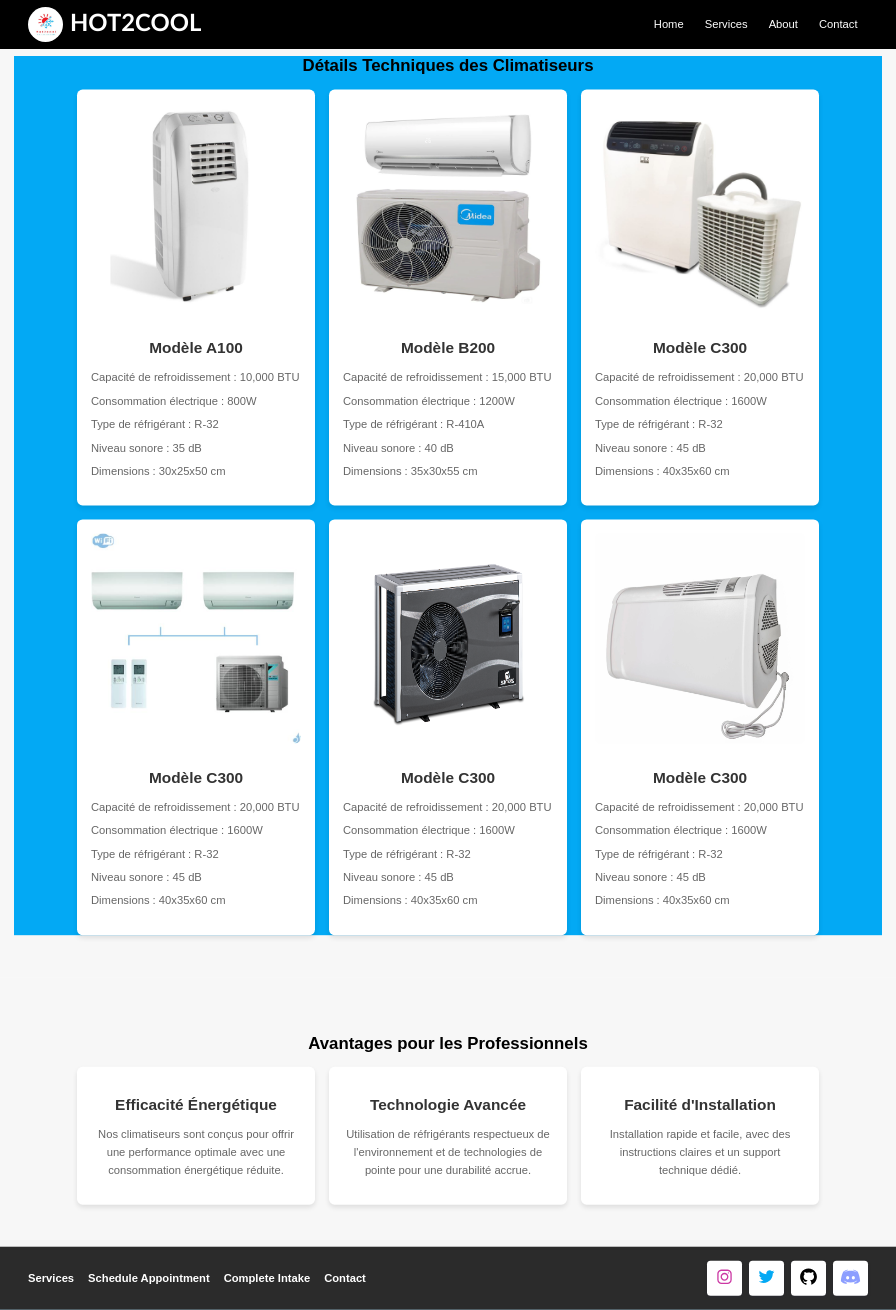
Repository: kadel237/hot2cool
Page: tech.html
The author's editor kept a copy of each file at every save. The page is drawn from the files as they stood at one save, then again after the next save.
The browser window is 1280 px wide. The pictures show the whole page, at 70% of full size.

Above is the page before, as saved 2024-07-04 00:28:05.

### tech.html
<!DOCTYPE html>
<html lang="fr">
  <head>
    <meta charset="UTF-8" />
    <meta name="viewport" content="width=device-width, initial-scale=1.0" />
    <title>Hot2Cool - Détails Techniques</title>
    <link rel="stylesheet" href="tech.css" />
  </head>
  <body>
    <header>
      <div class="container">
        <h1><img src="./logo.jpg" alt="Logo" class="logo" />HOT2COOL</h1>
        <nav>
          <ul>
            <li><a href="./index.html">Home</a></li>
            <li class="dropdown">
              <a href="#services">Services</a>
              <ul class="dropdown-content">
                <li class="dropdown-submenu">
                  <a href="#particuliers">Pour les particuliers</a>
                  <ul class="dropdown-submenu-content">
                    <li><a href="./ofDuMo.html">Offres du moment</a></li>
                    <li><a href="#products">Nos services sur mesure</a></li>
                  </ul>
                </li>
                <li class="dropdown-submenu">
                  <a href="#entreprises">Pour les entreprises</a>
                  <ul class="dropdown-submenu-content">
                    <li>
                      <a href="./tech.html#advantages"
                        >Ameliorez le confort de votre entreprise</a
                      >
                    </li>
                    <li>
                      <a href="./tech.html"
                        >pour les plus tech du monde de la fraicheur</a
                      >
                    </li>
                  </ul>
                </li>
              </ul>
            </li>
            <li><a href="#about-us">About</a></li>
            <li><a href="#contact">Contact</a></li>
          </ul>
        </nav>
      </div>
    </header>

    <main>
      <section class="technical-details">
        <div class="container">
          <h2>Détails Techniques des Climatiseurs</h2>
          <div class="technical-grid">
            <div class="technical-card">
              <img src="./mono-bloc.jpg" alt="Modèle A100" />
              <h3>Modèle A100</h3>
              <ul>
                <li>Capacité de refroidissement : 10,000 BTU</li>
                <li>Consommation électrique : 800W</li>
                <li>Type de réfrigérant : R-32</li>
                <li>Niveau sonore : 35 dB</li>
                <li>Dimensions : 30x25x50 cm</li>
              </ul>
            </div>
            <div class="technical-card">
              <img src="./split-fixe.webp" alt="Modèle A100" />
              <h3>Modèle B200</h3>
              <ul>
                <li>Capacité de refroidissement : 15,000 BTU</li>
                <li>Consommation électrique : 1200W</li>
                <li>Type de réfrigérant : R-410A</li>
                <li>Niveau sonore : 40 dB</li>
                <li>Dimensions : 35x30x55 cm</li>
              </ul>
            </div>
            <div class="technical-card">
              <img src="./split-mobile.jpg" alt="Modèle A100" />
              <h3>Modèle C300</h3>
              <ul>
                <li>Capacité de refroidissement : 20,000 BTU</li>
                <li>Consommation électrique : 1600W</li>
                <li>Type de réfrigérant : R-32</li>
                <li>Niveau sonore : 45 dB</li>
                <li>Dimensions : 40x35x60 cm</li>
              </ul>
            </div>
            <div class="technical-card">
              <img src="./bi-split.jpg" alt="Modèle A100" />
              <h3>Modèle C300</h3>
              <ul>
                <li>Capacité de refroidissement : 20,000 BTU</li>
                <li>Consommation électrique : 1600W</li>
                <li>Type de réfrigérant : R-32</li>
                <li>Niveau sonore : 45 dB</li>
                <li>Dimensions : 40x35x60 cm</li>
              </ul>
            </div>
            <div class="technical-card">
              <img src="./pompe à chaleur.png" alt="Modèle A100" />
              <h3>Modèle C300</h3>
              <ul>
                <li>Capacité de refroidissement : 20,000 BTU</li>
                <li>Consommation électrique : 1600W</li>
                <li>Type de réfrigérant : R-32</li>
                <li>Niveau sonore : 45 dB</li>
                <li>Dimensions : 40x35x60 cm</li>
              </ul>
            </div>
            <div class="technical-card">
              <img src="./monobloc-revertisseur.webp" alt="Modèle A100" />
              <h3>Modèle C300</h3>
              <ul>
                <li>Capacité de refroidissement : 20,000 BTU</li>
                <li>Consommation électrique : 1600W</li>
                <li>Type de réfrigérant : R-32</li>
                <li>Niveau sonore : 45 dB</li>
                <li>Dimensions : 40x35x60 cm</li>
              </ul>
            </div>
          </div>
        </div>
      </section>

      <section class="advantages" id="advantages">
        <div class="container">
          <h2>Avantages pour les Professionnels</h2>
          <div class="advantages-grid">
            <div class="advantage-card">
              <h3>Efficacité Énergétique</h3>
              <p>
                Nos climatiseurs sont conçus pour offrir une performance
                optimale avec une consommation énergétique réduite.
              </p>
            </div>
            <div class="advantage-card">
              <h3>Technologie Avancée</h3>
              <p>
                Utilisation de réfrigérants respectueux de l'environnement et de
                technologies de pointe pour une durabilité accrue.
              </p>
            </div>
            <div class="advantage-card">
              <h3>Facilité d'Installation</h3>
              <p>
                Installation rapide et facile, avec des instructions claires et
                un support technique dédié.
              </p>
            </div>
          </div>
        </div>
      </section>
    </main>

    <footer>
      <div class="container">
        <div class="footer-content">
          <div class="footer-nav">
            <ul>
              <li><a href="#services">Services</a></li>
              <li><a href="#schedule">Schedule Appointment</a></li>
              <li><a href="#intake">Complete Intake</a></li>
              <li><a href="#contact">Contact</a></li>
            </ul>
          </div>
          <div class="social-icons">
            <button class="card1">
              <svg
                class="instagram"
                fill-rule="nonzero"
                height="30px"
                width="30px"
                viewBox="0,0,256,256"
                xmlns="http://www.w3.org/2000/svg"
              >
                <g
                  style="mix-blend-mode: normal"
                  text-anchor="none"
                  font-size="none"
                  font-weight="none"
                  font-family="none"
                  stroke-dashoffset="0"
                  stroke-dasharray=""
                  stroke-miterlimit="10"
                  stroke-linejoin="miter"
                  stroke-linecap="butt"
                  stroke-width="1"
                  stroke="none"
                  fill-rule="nonzero"
                >
                  <g transform="scale(8,8)">
                    <path
                      d="M11.46875,5c-3.55078,0 -6.46875,2.91406 -6.46875,6.46875v9.0625c0,3.55078 2.91406,6.46875 6.46875,6.46875h9.0625c3.55078,0 6.46875,-2.91406 6.46875,-6.46875v-9.0625c0,-3.55078 -2.91406,-6.46875 -6.46875,-6.46875zM11.46875,7h9.0625c2.47266,0 4.46875,1.99609 4.46875,4.46875v9.0625c0,2.47266 -1.99609,4.46875 -4.46875,4.46875h-9.0625c-2.47266,0 -4.46875,-1.99609 -4.46875,-4.46875v-9.0625c0,-2.47266 1.99609,-4.46875 4.46875,-4.46875zM21.90625,9.1875c-0.50391,0 -0.90625,0.40234 -0.90625,0.90625c0,0.50391 0.40234,0.90625 0.90625,0.90625c0.50391,0 0.90625,-0.40234 0.90625,-0.90625c0,-0.50391 -0.40234,-0.90625 -0.90625,-0.90625zM16,10c-3.30078,0 -6,2.69922 -6,6c0,3.30078 2.69922,6 6,6c3.30078,0 6,-2.69922 6,-6c0,-3.30078 -2.69922,-6 -6,-6zM16,12c2.22266,0 4,1.77734 4,4c0,2.22266 -1.77734,4 -4,4c-2.22266,0 -4,-1.77734 -4,-4c0,-2.22266 1.77734,-4 4,-4z"
                    ></path>
                  </g>
                </g>
              </svg>
            </button>
            <button class="card2">
              <svg
                class="twitter"
                height="30px"
                width="30px"
                viewBox="0 0 48 48"
                xmlns="http://www.w3.org/2000/svg"
              >
                <path
                  d="M42,12.429c-1.323,0.586-2.746,0.977-4.247,1.162c1.526-0.906,2.7-2.351,3.251-4.058c-1.428,0.837-3.01,1.452-4.693,1.776C34.967,9.884,33.05,9,30.926,9c-4.08,0-7.387,3.278-7.387,7.32c0,0.572,0.067,1.129,0.193,1.67c-6.138-0.308-11.582-3.226-15.224-7.654c-0.64,1.082-1,2.349-1,3.686c0,2.541,1.301,4.778,3.285,6.096c-1.211-0.037-2.351-0.374-3.349-0.914c0,0.022,0,0.055,0,0.086c0,3.551,2.547,6.508,5.923,7.181c-0.617,0.169-1.269,0.263-1.941,0.263c-0.477,0-0.942-0.054-1.392-0.135c0.94,2.902,3.667,5.023,6.898,5.086c-2.528,1.96-5.712,3.134-9.174,3.134c-0.598,0-1.183-0.034-1.761-0.104C9.268,36.786,13.152,38,17.321,38c13.585,0,21.017-11.156,21.017-20.834c0-0.317-0.01-0.633-0.025-0.945C39.763,15.197,41.013,13.905,42,12.429"
                ></path>
              </svg>
            </button>
            <button class="card3">
              <svg
                class="github"
                height="30px"
                width="30px"
                viewBox="0 0 30 30"
                xmlns="http://www.w3.org/2000/svg"
              >
                <path
                  d="M15,3C8.373,3,3,8.373,3,15c0,5.623,3.872,10.328,9.092,11.63C12.036,26.468,12,26.28,12,26.047v-2.051 c-0.487,0-1.303,0-1.508,0c-0.821,0-1.551-0.353-1.905-1.009c-0.393-0.729-0.461-1.844-1.435-2.526 c-0.289-0.227-0.069-0.486,0.264-0.451c0.615,0.174,1.125,0.596,1.605,1.222c0.478,0.627,0.703,0.769,1.596,0.769 c0.433,0,1.081-0.025,1.691-0.121c0.328-0.833,0.895-1.6,1.588-1.962c-3.996-0.411-5.903-2.399-5.903-5.098 c0-1.162,0.495-2.286,1.336-3.233C9.053,10.647,8.706,8.73,9.435,8c1.798,0,2.885,1.166,3.146,1.481C13.477,9.174,14.461,9,15.495,9 c1.036,0,2.024,0.174,2.922,0.483C18.675,9.17,19.763,8,21.565,8c0.732,0.731,0.381,2.656,0.102,3.594 c0.836,0.945,1.328,2.066,1.328,3.226c0,2.697-1.904,4.684-5.894,5.097C18.199,20.49,19,22.1,19,23.313v2.734 c0,0.104-0.023,0.179-0.035,0.268C23.641,24.676,27,20.236,27,15C27,8.373,21.627,3,15,3z"
                ></path>
              </svg>
            </button>
            <button class="card4">
              <svg
                class="discord"
                xmlns="http://www.w3.org/2000/svg"
                viewBox="0 0 48 48"
                width="30px"
                height="30px"
              >
                <path
                  d="M40,12c0,0-4.585-3.588-10-4l-0.488,0.976C34.408,10.174,36.654,11.891,39,14c-4.045-2.065-8.039-4-15-4s-10.955,1.935-15,4c2.346-2.109,5.018-4.015,9.488-5.024L18,8c-5.681,0.537-10,4-10,4s-5.121,7.425-6,22c5.162,5.953,13,6,13,6l1.639-2.185C13.857,36.848,10.715,35.121,8,32c3.238,2.45,8.125,5,16,5s12.762-2.55,16-5c-2.715,3.121-5.857,4.848-8.639,5.815L33,40c0,0,7.838-0.047,13-6C45.121,19.425,40,12,40,12z M17.5,30c-1.933,0-3.5-1.791-3.5-4c0-2.209,1.567-4,3.5-4s3.5,1.791,3.5,4C21,28.209,19.433,30,17.5,30z M30.5,30c-1.933,0-3.5-1.791-3.5-4c0-2.209,1.567-4,3.5-4s3.5,1.791,3.5,4C34,28.209,32.433,30,30.5,30z"
                ></path>
              </svg>
            </button>
          </div>
        </div>
      </div>
    </footer>
  </body>
</html>

### tech.css
/* Basic Styles */
body,
html {
  margin: 0;
  padding: 0;
  font-family: Arial, sans-serif;
  color: #fff;
}

/* Header Styles */
header {
  background-color: black;
  padding: 10px 0;
  position: fixed;
  width: 100%;
  top: 0;
  z-index: 1000;
}

header .container {
  display: flex;
  justify-content: space-between;
  align-items: center;
  max-width: 1200px;
  margin: 0 auto;
  padding: 0 20px;
}

header h1 {
  margin: 0;
  font-size: 34px;
  font-family: "Gill Sans", "Gill Sans MT", Calibri, "Trebuchet MS", sans-serif;
}

header nav ul {
  list-style: none;
  margin: 0;
  padding: 0;
  display: flex;
  align-items: center;
}

header nav ul li {
  position: relative;
}

header nav ul li a {
  color: #fff;
  text-decoration: none;
  font-size: 16px;
  padding: 10px 15px;
  display: block;
}

header nav ul li a:hover {
  background-color: #444;
}

/* Dropdown Styles */
.dropdown-content {
  display: none;
  position: absolute;
  background-color: #333;
  min-width: 200px;
  box-shadow: 0px 8px 16px rgba(0, 0, 0, 0.2);
  z-index: 1;
  left: 0;
  top: 100%;
}

.dropdown-content a {
  color: #fff;
  padding: 12px 16px;
  text-decoration: none;
  display: block;
}

.dropdown-content a:hover {
  background-color: #444;
}

.dropdown:hover .dropdown-content {
  display: block;
}

/* Submenu Styles */
.dropdown-submenu {
  position: relative;
}

.dropdown-submenu .dropdown-submenu-content {
  display: none;
  position: absolute;
  top: 0;
  left: 100%;
  background-color: #333;
  min-width: 200px;
  box-shadow: 0px 8px 16px rgba(0, 0, 0, 0.2);
  z-index: 1;
}

.dropdown-submenu:hover .dropdown-submenu-content {
  display: block;
}

header nav ul li a::after {
  content: "";
  position: absolute;
  width: 0;
  height: 2px;
  display: block;
  margin-top: 5px;
  right: 0;
  background: #fff;
  transition: width 0.3s ease, right 0.3s ease;
}

header nav ul li a:hover::after {
  width: 100%;
  right: 0;
}

/* Dropdown Styles */
.dropdown-content {
  display: none;
  position: absolute;
  background-color: #333;
  min-width: 200px;
  box-shadow: 0px 8px 16px rgba(0, 0, 0, 0.2);
  z-index: 1;
  left: 0;
  top: 100%;
}

.dropdown-content a {
  color: #fff;
  padding: 12px 16px;
  text-decoration: none;
  display: block;
}

.dropdown-content a:hover {
  background-color: #444;
}
.logo {
  width: 50px; /* Ajustez la taille selon vos besoins */
  height: 50px; /* Ajustez la taille selon vos besoins */
  border-radius: 50%;
  margin-right: 10px; /* Ajoute un espace entre le logo et le texte */
  vertical-align: middle; /* Aligne verticalement avec le texte */
}
.dropdown:hover .dropdown-content {
  display: block;
}

/* Submenu Styles */
.dropdown-submenu {
  position: relative;
}

.dropdown-submenu .dropdown-content {
  top: 0;
  left: 100%;
  display: none; /* Ajouté pour masquer le sous-menu initialement */
}

.dropdown-submenu:hover .dropdown-content {
  display: block; /* Affiche le sous-menu au survol */
}

header nav ul li a::after {
  content: "";
  position: absolute;
  width: 0;
  height: 2px;
  display: block;
  margin-top: 5px;
  right: 0;
  background: #fff;
  transition: width 0.3s ease, right 0.3s ease;
}

header nav ul li a:hover::after {
  width: 100%;
  right: 0;
}
.technical-details .container {
  background-color: #03a9f4;
}
/* Styles for the Technical Details and Advantages Sections */
.technical-details,
.advantages {
  padding: 60px 0;
  background-color: #f7f7f7;
}

.technical-details .container,
.advantages .container {
  max-width: 1200px;
  margin: 0 auto;
  padding: 0 20px;
}

.technical-details h2,
.advantages h2 {
  text-align: center;
  color: #000;
  margin-bottom: 20px;
}

.technical-grid,
.advantages-grid {
  display: flex;
  flex-wrap: wrap;
  gap: 20px;
  justify-content: center;
}

.technical-card,
.advantage-card {
  background: #fff;
  border-radius: 8px;
  padding: 20px;
  box-shadow: 0 4px 8px rgba(0, 0, 0, 0.1);
  max-width: 300px;
  width: 100%;
  text-align: center;
}

.technical-card h3,
.advantage-card h3 {
  font-size: 22px;
  margin-bottom: 10px;
  color: #333;
}

.technical-card ul,
.advantage-card p {
  text-align: left;
  color: #666;
  font-size: 16px;
  line-height: 1.6;
}

.technical-card ul {
  list-style: none;
  padding: 0;
}

.technical-card ul li {
  margin-bottom: 8px;
}
.technical-card img {
  width: 100%;
  height: 300px;
  border-radius: 8px;
  margin-bottom: 10px;
}

.advantages-grid .advantage-card p {
  text-align: center;
}

footer {
  background-color: #333;
  color: #fff;
  padding: 20px 0;
}

.footer-content {
  display: flex;
  justify-content: space-between;
  align-items: flex-start;
  max-width: 1200px;
  margin: 0 auto;
  flex-wrap: wrap;
}

footer {
  background-color: #2b2b2b; /* Couleur de fond du footer */
  padding: 20px 0;
  text-align: center;
}

.footer-content {
  display: flex;
  justify-content: space-between;
  align-items: center;
  max-width: 1200px;
  margin: 0 auto;
  flex-wrap: wrap;
}

.footer-nav ul {
  list-style: none;
  padding: 0;
  margin: 0;
  display: flex;
  gap: 20px; /* Espace entre les éléments du menu */
}

.footer-nav ul li {
  margin: 0;
}

.footer-nav ul li a {
  color: #fff; /* Couleur du texte */
  text-decoration: none; /* Enlever la décoration des liens */
  font-size: 16px; /* Taille de la police */
  font-weight: bold; /* Épaisseur du texte */
}

.footer-nav ul li a:hover {
  color: #ddd; /* Couleur du texte au survol */
}

.social-icons {
  display: flex;
  gap: 10px; /* Espace entre les icônes des réseaux sociaux */
}

.card1,
.card2,
.card3,
.card4 {
  width: 50px;
  height: 50px;
  outline: none;
  border: none;
  background: white;
  border-radius: 5px;
  box-shadow: rgba(50, 50, 93, 0.25) 0px 2px 5px -1px,
    rgba(0, 0, 0, 0.3) 0px 1px 3px -1px;
  transition: 0.2s ease-in-out;
}

.instagram {
  fill: #cc39a4;
}

.twitter {
  fill: #03a9f4;
}

.github {
  fill: black;
}

.discord {
  fill: #8c9eff;
}

.card1:hover {
  cursor: pointer;
  transform: scale(1.1);
  background-color: #cc39a4;
  box-shadow: 1px 1px 0px #eeb1de, 2px 2px 0px #d365b6, 3px 3px 0px #d365b6,
    4px 4px 0px #d365b6, 5px 5px 0px #d365b6;
}

.card1:hover .instagram {
  fill: white;
}

.card2:hover {
  cursor: pointer;
  transform: scale(1.1);
  background-color: #03a9f4;
  box-shadow: 1px 1px 0px #a1defa, 2px 2px 0px #41bef8, 3px 3px 0px #41bef8,
    4px 4px 0px #41bef8, 5px 5px 0px #41bef8;
}

.card2:hover .twitter {
  fill: white;
}

.card3:hover {
  cursor: pointer;
  transform: scale(1.1);
  background-color: black;
  box-shadow: 1px 1px 0px rgb(124, 123, 123), 2px 2px 0px #333, 3px 3px 0px #333,
    4px 4px 0px #333, 5px 5px 0px #333;
}

.card3:hover .github {
  fill: white;
}

.card4:hover {
  cursor: pointer;
  transform: scale(1.1);
  background-color: #8c9eff;
  box-shadow: 1px 1px 0px #bdc2e2, 2px 2px 0px #9ca6e0, 3px 3px 0px #9ca6e0,
    4px 4px 0px #9ca6e0, 5px 5px 0px #9ca6e0;
}

.card4:hover .discord {
  fill: white;
}

.footer-bottom {
  text-align: center;
  padding: 10px 0;
  background-color: #222;
  color: #aaa;
}

.footer-bottom p {
  margin: 0;
  font-size: 14px;
}

After the next save:
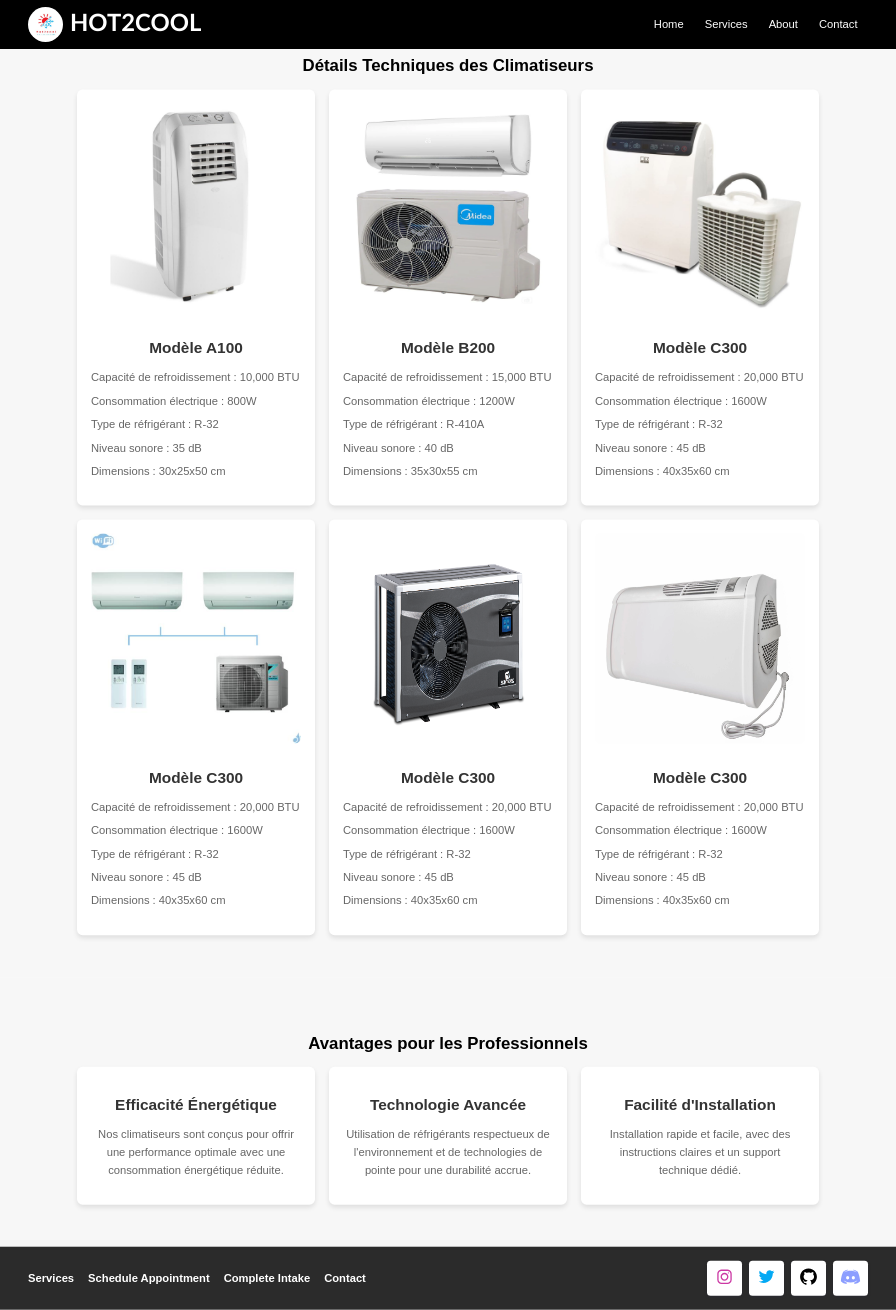
Saved 24 s later.
--- a/tech.css
+++ b/tech.css
@@ -184,9 +184,7 @@
   width: 100%;
   right: 0;
 }
-.technical-details .container {
-  background-color: #03a9f4;
-}
+
 /* Styles for the Technical Details and Advantages Sections */
 .technical-details,
 .advantages {
